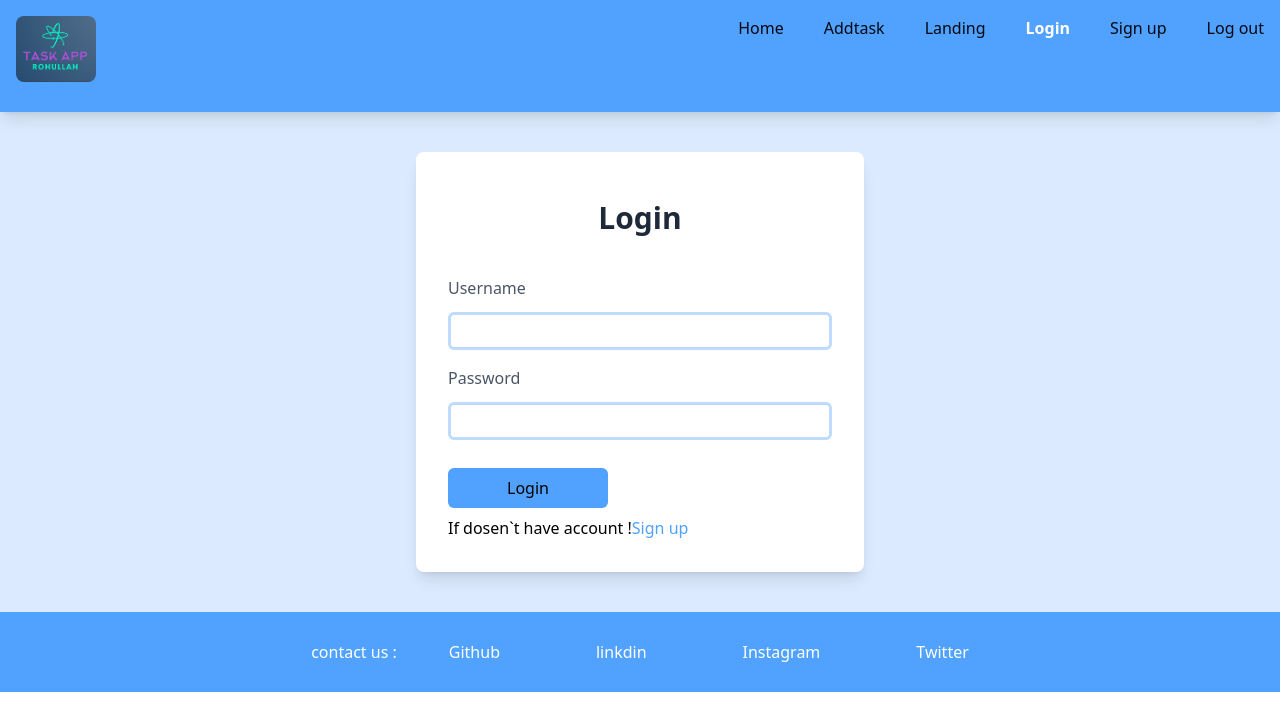
Repository: Rohullah-Noori/TaskApp
Page: /
The author's editor kept a copy of each file at every save. The page is drawn from the files as they stood at one save, then again after the next save.
The browser window is 1280 px wide. The pictures show the whole page.
The project was rebuilt for these pictures with package versions that can differ from the ones it lists, and the page was loaded fresh each time. Also part of the build but not shown: vite.config.js, src/components/Loader.jsx, src/pages/Landing.jsx, src/pages/Home.jsx, src/pages/Signup.jsx, src/pages/Addtask.jsx, src/pages/Edittask.jsx, src/pages/Errorpage.jsx and 1 more.

Above is the page before, as saved 2025-03-01 12:31:49.

### src/index.css
@import "tailwindcss";

.input {
  @apply border-3 border-blue-200 focus:outline-blue-500 w-full rounded-md p-1;
}

.containerForm {
  @apply flex items-center justify-center p-10 h-[90%] bg-blue-100 flex-grow overflow-y-auto;
}
.parentContainerForm {
  @apply w-full max-w-md bg-white p-8 rounded-lg shadow-lg;
}

.heading {
  @apply text-xl sm:text-2xl md:text-3xl font-bold mb-6 text-gray-800 text-center p-1 md:p-4;
}

.taskContainer {
  @apply bg-blue-100 lg:h-full min-h-107 justify-center flex;
}
.taskinnerContainer {
  @apply mt-10 text-center h-[90%]  shadow-lg bg-amber-50  rounded-xl p-10  max-w-md w-full;
}

.btndesign {
  @apply mt-3 cursor-pointer rounded-md py-2 mb-2 w-[50%] text-wrap sm:w-40 bg-blue-400  hover:bg-blue-500 hover:text-white;
}

### src/App.jsx
import { TasksProvider } from "./components/TaskContext";
import { BrowserRouter as Router, Routes, Route } from "react-router-dom";
import PrivateRoute from "./components/PrivateRoute";
import { AuthProvider } from "./components/PrivateContext";
import Landing from "./pages/Landing";
import Home from "./pages/Home";
import Login from "./pages/Login";
import Signup from "./pages/Signup";
import Addtask from "./pages/Addtask";
import Edittask from "./pages/Edittask";
import Errorpage from "./pages/Errorpage";
import Logout from "./pages/Logout";

function App() {
  return (
    <>
      <Router>
        <AuthProvider>
          <TasksProvider>
            <Routes>
              <Route path="/" element={<PrivateRoute />}>
                <Route index element={<Landing />} />
                <Route path="/addtask" element={<Addtask />} />
                <Route path="/home" element={<Home />} />
                <Route path="/edit-task/:taskId" element={<Edittask />} />
              </Route>

              <Route path="/login" element={<Login />} />

              <Route path="/signup" element={<Signup />} />
              <Route path="/logout" element={<Logout />} />

              <Route path="/*" element={<Errorpage />} />
            </Routes>
          </TasksProvider>
        </AuthProvider>
      </Router>
    </>
  );
}

export default App;

### src/components/TaskContext.jsx
import { createContext, useContext, useState } from "react";

const TaskContext = createContext();
export const TasksProvider = ({ children }) => {
  const [tasks, setTasks] = useState([]);
  const [loading, setIsloading] = useState(false);
  const addtask = (newtask) => {
    setTasks((prevtask) => [...prevtask, newtask]);
  };

  const updateTask = (taskId, taskdata) => {
    setTasks((prevtask) =>
      prevtask.map((task) =>
        task.id === Number(taskId)
          ? {
              ...task,
              title: taskdata.title,
              startTime: taskdata.startTime,
              endTime: taskdata.endTime,
            }
          : task
      )
    );
  };

  return (
    <TaskContext.Provider
      value={{
        tasks,
        addtask,
        setTasks,
        loading,
        setIsloading,
        updateTask,
      }}
    >
      {children}
    </TaskContext.Provider>
  );
};

export const useTasks = () => useContext(TaskContext);

### src/components/PrivateRoute.jsx
import { Navigate, Outlet } from "react-router-dom";
import { useAuth } from "./PrivateContext";

// function PrivateRoute({ element, ...res }) {
//   const { islogin } = useAuth();
//   return islogin ? (
//     <Route {...res} element={element} />
//   ) : (
//     <Navigate to="/login" />
//   );
// }

// function PrivateRoute({ element, ...res }) {
//   const { islogin } = useAuth();
//   return (
//     <Route {...res} element={islogin ? element : <Navigate to="/login" />} />
//   );
// }

// export default PrivateRoute;

export default function PrivateRoute() {
  const { islogin } = useAuth();
  return islogin ? <Outlet /> : <Navigate to="/login" />;
}

### src/components/PrivateContext.jsx
import { createContext, useContext, useEffect, useState } from "react";
import { useNavigate } from "react-router-dom";

const AuthContext = createContext();
export const AuthProvider = ({ children }) => {
  const [islogin, setIslogin] = useState(() => {
    return localStorage.getItem("islogin") === "true" ? true : false;
  });
  const navigate = useNavigate();

  useEffect(
    function () {
      localStorage.setItem("islogin", JSON.stringify(islogin));
    },

    [islogin]
  );

  const login = () => {
    setIslogin(true);
    navigate("/");
  };

  const logout = () => {
    setIslogin(false);
    navigate("/login");
  };

  return (
    <AuthContext.Provider value={{ login, logout, islogin }}>
      {children}
    </AuthContext.Provider>
  );
};

export const useAuth = () => useContext(AuthContext);

### src/pages/Login.jsx
import Navbar from "../components/Navbar";
import { useState } from "react";
import { Link, useNavigate } from "react-router-dom";
import Loader from "../components/Loader";
import Button from "../components/Button";
import { useAuth } from "../components/PrivateContext";
import Footer from "../components/Footer";

function Login() {
  const [message, setMessage] = useState("");
  const [loading, setIsloading] = useState(false);
  const [password, setPassword] = useState("");
  const [username, setUsername] = useState("");
  const { login } = useAuth();
  const validusername = "Rohullah";
  const validpassword = "Rohullah";

  // const navigate = useNavigate();

  function handlesubmit(e) {
    e.preventDefault();
    setIsloading(true);
    setMessage("");
    if (username === validusername && password === validpassword) {
      setTimeout(() => {
        setIsloading(false);
        setMessage("login successfully");
        // setTimeout(() => {
        //   navigate("/");
        // }, 500);
        login();
      }, 1000);
    } else {
      setMessage("Invalid Usrename or Password");
      setIsloading(false);
    }
  }
  return (
    <>
      <Navbar />
      <div className="containerForm">
        <div className="parentContainerForm ">
          <h2 className="heading">Login</h2>
          {loading && <Loader />}
          {message && (
            <div
              className={`${
                message === "login successfully"
                  ? "bg-green-100 text-green-700 border-green-500"
                  : "bg-red-100 text-red-700 border-red-500"
              }`}
            >
              {message}
            </div>
          )}

          <form action="" onSubmit={handlesubmit} className="space-y-4">
            <div className=" space-y-3  ">
              <label
                htmlFor="username"
                className="block text-md font-md text-gray-600"
              >
                Username
              </label>

              <input
                type="text"
                id="username"
                value={username}
                onChange={(e) => setUsername(e.target.value)}
                className="input"
              />
            </div>

            <div className=" space-y-3 ">
              <label
                htmlFor="password"
                className="block text-md font-md text-gray-600"
              >
                Password
              </label>
              <input
                type="password"
                id="password"
                value={password}
                onChange={(e) => setPassword(e.target.value)}
                className="input"
              />
            </div>
            <div className="flex">
              <Button type="submit">Login</Button>
            </div>
          </form>

          <div>
            <h3>
              If dosen`t have account !
              <Link
                to={"/signup"}
                className=" text-blue-400 hover:text-blue-600"
              >
                Sign up
              </Link>
            </h3>
          </div>
        </div>
      </div>
      <Footer />
    </>
  );
}

export default Login;

### src/components/Button.jsx
function Button({ children, onClick, disabled }) {
  return (
    <button onClick={onClick} disabled={disabled} className="btndesign">
      {children}
    </button>
  );
}

export default Button;

### src/components/Navbar.jsx
import { Link, useLocation } from "react-router-dom";
import { useState } from "react";
function Navbar() {
  const location = useLocation();
  const [Open, setIsOpen] = useState(false);

  function Toggle() {
    setIsOpen(!Open);
  }

  return (
    <nav className="bg-blue-400  flex shadow-lg p-4  justify-between    sticky top-0 z-10 ">
      <div className="size-20  ">
        <img src="../src/assets/logo/Capture.PNG" className="rounded-lg" />
      </div>
      <div className="lg:hidden">
        <button className="text-white" onClick={Toggle}>
          <svg
            xmlns="http://www.w3.org/2000/svg"
            fill="none"
            viewBox="0 0 24 24"
            stroke="currentColor"
            className="h-6 w-6"
          >
            <path
              strokeLinecap="round"
              strokeLinejoin="round"
              strokeWidth="2"
              d="M4 6h16M4 12h16M4 18h16"
            />
          </svg>
        </button>
      </div>
      <ul className=" hidden lg:flex space-x-10">
        {[
          {
            path: "/home",
            label: "Home",
          },
          {
            path: "/addtask",
            label: "Addtask",
          },
          {
            path: "/",
            label: "Landing",
          },
          {
            path: "/login",
            label: "Login",
          },

          {
            path: "/signup",
            label: "Sign up",
          },
          {
            path: "/logout",
            label: "Log out",
          },
        ].map((item) => (
          <li key={item.path}>
            <Link
              to={item.path}
              className={`hover:text-amber-50 active:text-amber-50 ${
                location.pathname === item.path
                  ? "text-white font-bold"
                  : "text-gray-950"
              }`}
            >
              {item.label}
            </Link>
          </li>
        ))}
      </ul>
      <div
        className={`${
          Open ? "block" : "hidden"
        } absolute w-full top-24 flex flex-col justify-center items-start pl-6  text-center left-0 bg-blue-400 text-white text-center py-4`}
      >
        {[
          {
            path: "/home",
            label: "Home",
          },
          {
            path: "/addtask",
            label: "Addtask",
          },
          {
            path: "/",
            label: "Landing",
          },
          {
            path: "/login",
            label: "Login",
          },

          {
            path: "/signup",
            label: "Sign up",
          },
          {
            path: "/edittask",
            label: "Edit",
          },
        ].map((item) => (
          <Link
            key={item.path}
            to={item.path}
            className={`hover:text-amber-50 active:text-amber-50 ${
              location.pathname === item.path
                ? "text-white font-bold"
                : "text-gray-950"
            }`}
          >
            {item.label}
          </Link>
        ))}
      </div>
    </nav>
  );
}

export default Navbar;

### src/components/Footer.jsx
function Footer() {
  return (
    // <div className=" w- md:w-full ">

    // </div>
    <div className="bg-blue-400 w-screen   md:w-full min-h-20 pt-2 pb-2 flex flex-wrap    justify-center  space-x-5 lg:space-x-13 text-white items-center">
      <div>
        <h1>contact us :</h1>
      </div>
      <div className="flex flex-wrap md:flex-row space-x-10 md:space-x-24 cursor-pointer justify-center">
        <span>Github</span>
        <span>linkdin</span>
        <span>Instagram</span>
        <span>Twitter</span>
      </div>
    </div>
  );
}

export default Footer;

Loaded but not shown: index.html (common file); src/main.jsx (common file)

After the next save:
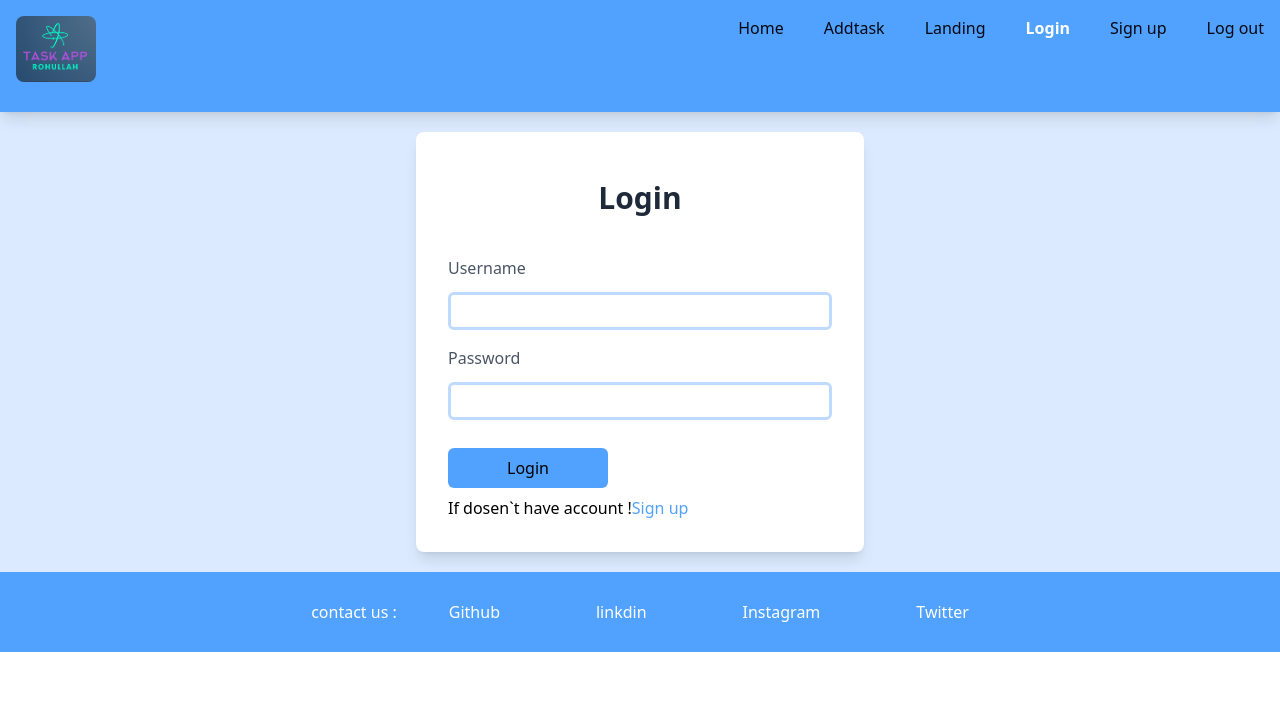
Saved 20 s later.
--- a/src/index.css
+++ b/src/index.css
@@ -5,7 +5,7 @@
 }
 
 .containerForm {
-  @apply flex items-center justify-center p-10 h-[90%] bg-blue-100 flex-grow overflow-y-auto;
+  @apply flex items-center justify-center p-5 h-[90%] bg-blue-100 flex-grow overflow-y-auto;
 }
 .parentContainerForm {
   @apply w-full max-w-md bg-white p-8 rounded-lg shadow-lg;

After the save that followed:
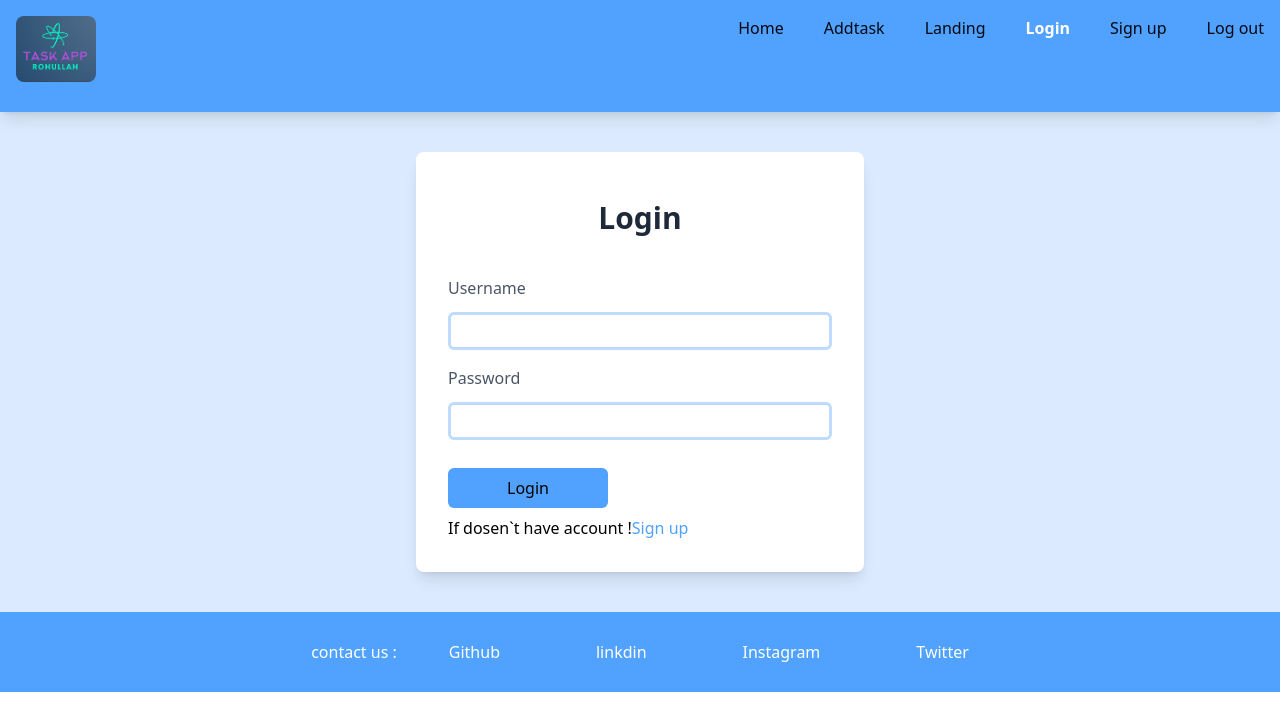
Saved 11 s later.
--- a/src/index.css
+++ b/src/index.css
@@ -5,7 +5,7 @@
 }
 
 .containerForm {
-  @apply flex items-center justify-center p-5 h-[90%] bg-blue-100 flex-grow overflow-y-auto;
+  @apply flex items-center justify-center p-10 h-[90%] bg-blue-100 flex-grow overflow-y-auto;
 }
 .parentContainerForm {
   @apply w-full max-w-md bg-white p-8 rounded-lg shadow-lg;
